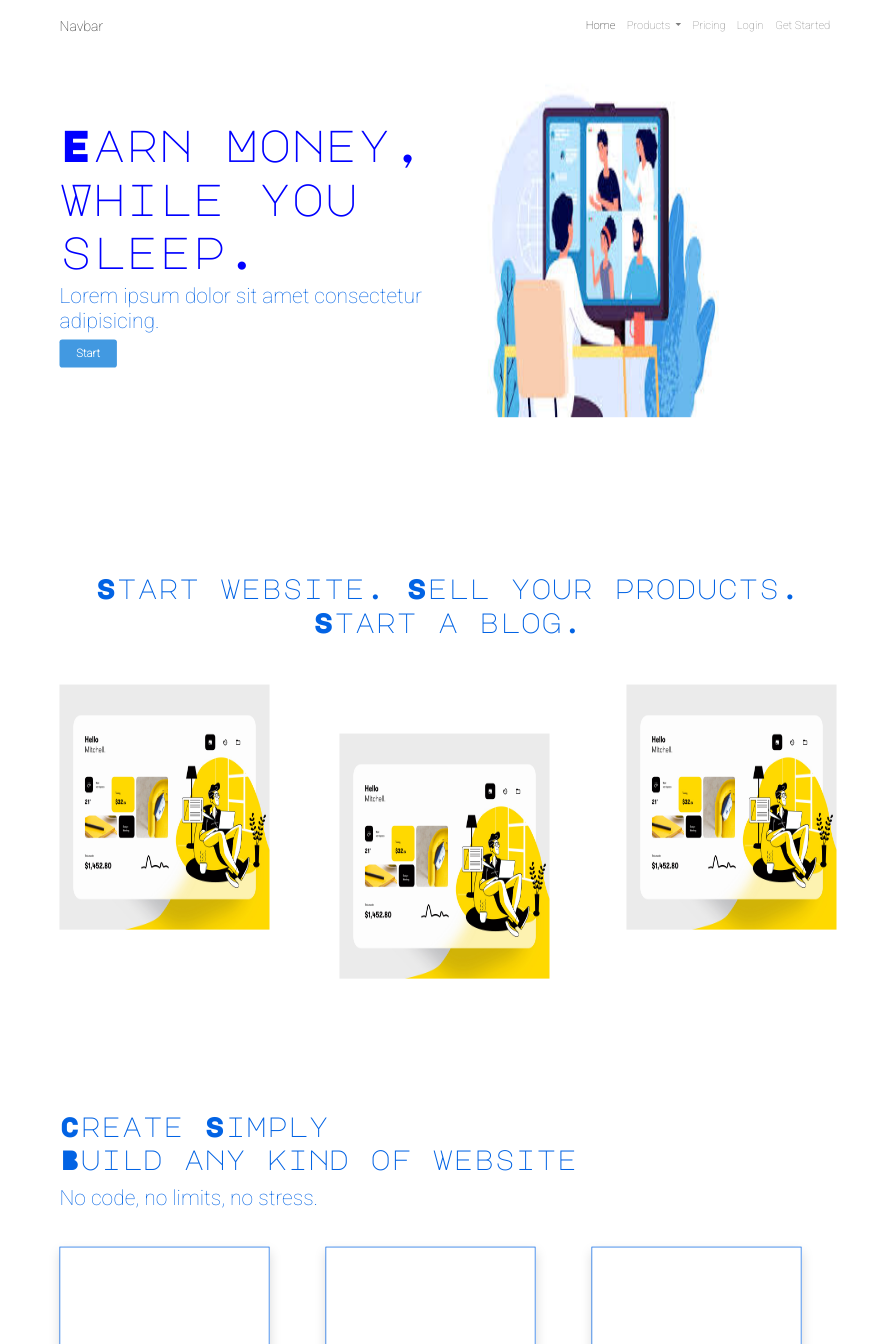
Repository: latenightsnacc/Static-Web-Projects
Page: Dunno Yet/index.html
The author's editor kept a copy of each file at every save. The page is drawn from the files as they stood at one save, then again after the next save.
The browser window is 1280 px wide. The pictures show the part of the page from y = 0 to 1920 px (the page is 4733 px tall), at 70% of full size.
The style sheet was rebuilt from its Sass, Less or Tailwind sources for each picture, by a compiler version that may differ from the author's.

Above is the page before, as saved 2020-11-11 11:46:37.

### Dunno Yet/index.html
<!DOCTYPE html>
<html lang="en">
<head>
    <meta charset="UTF-8">
    <meta name="viewport" content="width=device-width, initial-scale=1.0">
    <!--Tailwind CDN-->
    <link rel="stylesheet" href="https://cdnjs.cloudflare.com/ajax/libs/tailwindcss/1.9.6/base.min.css" integrity="sha512-hEjkvMSM0ql6VJcNK0gTmjt9ar8F2yHeBUbJKtyvQhkkbGMhiJ4+MaiB8XxsthLAHJx5vy2I9dN0un8HiWG2LA==" crossorigin="anonymous" />
    <link rel="stylesheet" href="https://cdnjs.cloudflare.com/ajax/libs/tailwindcss/1.9.6/components.min.css" integrity="sha512-TizAONqhvXjEfRPhptSUkZNVU497PzAnXNGNUoeOjeni4dHpJ+ak+ZsyoGna20LH/yg1PvdufN1VbnVQeVDftg==" crossorigin="anonymous" />
    <link rel="stylesheet" href="https://cdnjs.cloudflare.com/ajax/libs/tailwindcss/1.9.6/tailwind.css" integrity="sha512-HY1FOTeAX9idUBWDhVDrBg8QUHBisKVQ4BCVj1jFo5z76mk87w4Rr5YGP8nBkcGmoMzqYvdeXHMOg/olF45z3g==" crossorigin="anonymous" />
    <link rel="stylesheet" href="https://cdnjs.cloudflare.com/ajax/libs/tailwindcss/1.9.6/utilities.min.css" integrity="sha512-0QJfuLKyYJWGB5hKArJW67xqMLDlR8YaLM/ZuW2mRn4NRwHNsGm7UuREc5Fu7jONHyewPKnGODY0N8G+FQbfxg==" crossorigin="anonymous" />
    <!--Bootstrap CDN-->
    <link rel="stylesheet" href="https://cdn.jsdelivr.net/npm/bootstrap@4.5.3/dist/css/bootstrap.min.css" integrity="sha384-TX8t27EcRE3e/ihU7zmQxVncDAy5uIKz4rEkgIXeMed4M0jlfIDPvg6uqKI2xXr2" crossorigin="anonymous">
    <!--Custom Stylesheet-->
    <link rel="stylesheet" href="styles/stylesheet.css">
    <!-- <link rel="stylesheet" href="styles/loader.css"> -->
    <title>Home</title>
</head>
<body>
        <!--PreLoader-->
<div class="loader_bg">
    <div class="loader"></div>
</div>
    <!--Navbar-->
    <nav class="navbar navbar-expand-lg navbar-light  bg-transparent fixed-top p-3 mb-5 bg-white rounded" id="navbar">
        <div class="container">
            <a class="navbar-brand" href="#">Navbar</a>
            <button class="navbar-toggler" type="button" data-toggle="collapse" data-target="#navbarNavDropdown" aria-controls="navbarNavDropdown" aria-expanded="false" aria-label="Toggle navigation">
              <span class="navbar-toggler-icon"></span>
            </button>
            <div class="collapse navbar-collapse" id="navbarNavDropdown">
              <ul class="navbar-nav ml-auto">
                <li class="nav-item active">
                  <a class="nav-link" href="#">Home</a>
                </li>
                <li class="nav-item dropdown">
                    <a class="nav-link dropdown-toggle" href="#" id="navbarDropdownMenuLink" role="button" data-toggle="dropdown" aria-haspopup="true" aria-expanded="false">
                      Products
                    </a>
                    <div class="dropdown-menu" aria-labelledby="navbarDropdownMenuLink">
                      <a class="dropdown-item" href="#">Blog</a>
                      <a class="dropdown-item" href="#">Website</a>
                      <a class="dropdown-item" href="#">E-commerce</a>
                      <a class="dropdown-item" href="#">Domain</a>
                      <a class="dropdown-item" href="#">Hosting</a>
                    </div>
                  </li>
                <li class="nav-item">
                  <a class="nav-link" href="#">Pricing</a>
                </li>
                <li class="nav-item">
                    <a class="nav-link" href="#">Login</a>
                </li>
                <li class="nav-item">
                    <a class="nav-link btn" href="#">Get Started</a>
                </li>
              </ul>
            </div>
        </nav>
    </div>
    <!-- End of Navbar-->


    <!--Banner-->
    <section class="min-h-screen mt-5" id="banner">
        <div class="container">
            <div class="row pt-5">
                <!--Banner Text-->
                <div class="col-xs-12 col-s-12 col-md-6 col-lg-6 col-xl-6">
                    <div class="text-box banner-txt">
                        <h1 class="">Earn Money, <br/> While you sleep.</h1>
                        <h5 class="span-title">Lorem ipsum dolor sit amet consectetur adipisicing.</h5>
                        <button class="bg-blue-500 hover:bg-blue-700 text-white font-bold py-2 px-4 rounded">Start</button>
                    </div>
                </div>
                <!--Banner Image-->
                <div class="col-xs-12 col-s-12 col-md-6 col-lg-6 col-xl-6">
                    <a href="#">
                        <img class="banner-img" src="assets/video-conferencing.jpeg" alt="banner image"/>
                    </a>
                </div>
            </div>
        </div>
    </section>
    <!--End of Banner-->

    <!--Services-->
    <section class="min-h-screen mt-5 mb-5" id="services">
        <div class="container">
            <div class="absolute-box">
                <div class="title-box text-center mb-5">
                    <h2 class="section-title pb-5">Start <span class="section-title">website. </span><span class="color">Sell your products.</span><br/><span class="color">Start a blog.</span> </h2>
                </div>
                <div class="images">
                    <div class="img-1 ">
                        <a href="#">
                            <img src="assets/Template-1.jpg" alt="Build a website" />
                        </a>
                    </div>
                    <div class="img-2 motion-reduce:animate-bounce">
                        <a href="#">
                            <img src="assets/Template-1.jpg" alt="Build a website" />
                        </a>
                    </div>
                    <div class="img-3">
                        <a href="#">
                            <img src="assets/Template-1.jpg" alt="Build a website" />
                        </a>
                    </div>
                </div>
            </div>
        </div>
    </section>
    <!--End of Services-->

    <!--Templates-->
    <section class="min-h-screen mt-5 mb-5" id="templates">
        <div class="container">
            <div class="title-box mb-5">
                <h2 class="section-title">Create Simply <br/>Build any kind of website </h2>
                <p class="span-title">No code, no limits, no stress.</p>
            </div>
            <div class="row">
                <div class="col-xs-12 col-s-12 col-md-6 col-lg-4 col-xl-4">
                    <div class="clear-box"></div>
                </div>
                <div class="col-xs-12 col-s-12 col-md-6 col-lg-4 col-xl-4">
                    <div class="clear-box"></div>
                </div>
                <div class="col-xs-12 col-s-12 col-md-6 col-lg-4 col-xl-4">
                    <div class="clear-box"></div>
                </div>
                <div class="col-xs-12 col-s-12 col-md-6 col-lg-4 col-xl-4 mt-5">
                    <div class="clear-box"></div>
                </div>
                <div class="col-xs-12 col-s-12 col-md-6 col-lg-4 col-xl-4 mt-5">
                    <div class="clear-box"></div>
                </div>
                <div class="col-xs-12 col-s-12 col-md-6 col-lg-4 col-xl-4 mt-5">
                    <div class="clear-box"></div>
                </div>
            </div>
        </div>
    </section>
    <!--End of Themes-->

    <!--Themes-->
    <section class="min-h-screen mt-5 mb-5" id="themes">
        <div class="container">
            <div class="title-box">
                <h2 class="section-title">Stand Out <span class="text-4xl span-title">with our responsive professionally designed themes.</h2>
            </div>
            <div class="row">
                <div class="col-xs-12 col-s-12 col-md-6 col-lg-6 col-xl-6">
                    <div id="clr1" class="text-center mt-5">
                    </div>
                </div>
                <div class="col-xs-12 col-s-12 col-md-6 col-lg-6 col-xl-6">
                    <div class="row flex-wrap">
                        <div class="col-xs-12 col-s-12 col-md-12 col-lg-12 col-xl-12">
                            <div id="clr2" class="mt-5">

                            </div>
                        </div>
                        <div class="col-xs-12 col-s-12 col-md-12 col-lg-12 col-xl-12">
                            <div id="clr3">

                            </div>
                        </div>
                    </div>
                </div>
            </div>
        </div>
    </section>
    <!--End of Themes-->

    <section class="min-h-screen mt-5 mb-5" id="services">
        <div class="container">
            <div class="title-box mb-5">
                <h2 class="section-title">We've got you covered.</h2>
                <p>Your website is just the beginning.</p>
            </div>
            <div class="row">
                <div class="col-xs-12 col-s-12 col-md-6 col-lg-6 col-xl-6 bg-blue-500">
                    <div class="clear-box mt-5 mb-5">
                        <h3 class="text-center pt-5">Real support from real people.</h3>
                    </div>
                </div>
                <div class="col-xs-12 col-s-12 col-md-6 col-lg-6 col-xl-6 bg-yellow-500">
                    <div class="clear-box mt-5 mb-5">
                        <h3 class="text-center pt-5">Domain to suit your needs.</h3>
                    </div>
                </div>
                <div class="col-xs-12 col-s-12 col-md-6 col-lg-6 col-xl-6 bg-red-500">
                    <div class="clear-box mt-5 mb-5">
                        <h3 class="text-center pt-5">Plans for everyone</h3>
                    </div>
                </div>
                <div class="col-xs-12 col-s-12 col-md-6 col-lg-6 col-xl-6 bg-blue-300">
                    <div class="clear-box mt-5 mb-5">
                        <h3 class="text-center pt-5">Security Security Security</h3>
                    </div>
                </div>
            </div>
        </div>
    </section>
    <section class="min-h-screen" id="pricing">
        <div class="container">
            <div class="title-box mb-5">
                <h2 class="section-title">Start Free </h2>
                <h5> Grow at your own pace.</h5>
            </div>
            <div class="row">
                <div class="col-xs-12 col-s-12 col-md-3 col-lg-3 col-xl-3">
                    <div class="max-w-sm rounded overflow-hidden shadow-lg mb-5">
                        <div class="px-6 py-4">
                          <div class="font-bold text-xl mb-2">The Coldest Sunset</div>
                          <p class="text-gray-700 text-base">
                            Lorem ipsum dolor sit amet, consectetur adipisicing elit. Voluptatibus quia, nulla! Maiores et perferendis eaque, exercitationem praesentium nihil.
                          </p>
                        </div>
                        <div class="px-6 pt-4 pb-2">
                          <span class="inline-block bg-gray-200 rounded-full px-3 py-1 text-sm font-semibold text-gray-700 mr-2 mb-2">#photography</span>
                          <span class="inline-block bg-gray-200 rounded-full px-3 py-1 text-sm font-semibold text-gray-700 mr-2 mb-2">#travel</span>
                          <span class="inline-block bg-gray-200 rounded-full px-3 py-1 text-sm font-semibold text-gray-700 mr-2 mb-2">#winter</span>
                        </div>
                      </div>
                </div>
                <div class="col-xs-12 col-s-12 col-md-3 col-lg-3 col-xl-3">
                    <div class="max-w-sm rounded overflow-hidden shadow-md mb-5">
                        <div class="px-6 py-4">
                          <div class="font-bold text-xl mb-2">The Coldest Sunset</div>
                          <p class="text-gray-700 text-base">
                            Lorem ipsum dolor sit amet, consectetur adipisicing elit. Voluptatibus quia, nulla! Maiores et perferendis eaque, exercitationem praesentium nihil.
                          </p>
                        </div>
                        <div class="px-6 pt-4 pb-2">
                          <span class="inline-block bg-gray-200 rounded-full px-3 py-1 text-sm font-semibold text-gray-700 mr-2 mb-2">#photography</span>
                          <span class="inline-block bg-gray-200 rounded-full px-3 py-1 text-sm font-semibold text-gray-700 mr-2 mb-2">#travel</span>
                          <span class="inline-block bg-gray-200 rounded-full px-3 py-1 text-sm font-semibold text-gray-700 mr-2 mb-2">#winter</span>
                        </div>
                      </div>
                </div>
                <div class="col-xs-12 col-s-12 col-md-3 col-lg-3 col-xl-3">
                    <div class="max-w-sm rounded overflow-hidden shadow-md mb-5">
                        <div class="px-6 py-4">
                          <div class="font-bold text-xl mb-2">The Coldest Sunset</div>
                          <p class="text-gray-700 text-base">
                            Lorem ipsum dolor sit amet, consectetur adipisicing elit. Voluptatibus quia, nulla! Maiores et perferendis eaque, exercitationem praesentium nihil.
                          </p>
                        </div>
                        <div class="px-6 pt-4 pb-2">
                          <span class="inline-block bg-gray-200 rounded-full px-3 py-1 text-sm font-semibold text-gray-700 mr-2 mb-2">#photography</span>
                          <span class="inline-block bg-gray-200 rounded-full px-3 py-1 text-sm font-semibold text-gray-700 mr-2 mb-2">#travel</span>
                          <span class="inline-block bg-gray-200 rounded-full px-3 py-1 text-sm font-semibold text-gray-700 mr-2 mb-2">#winter</span>
                        </div>
                      </div>
                </div>
                <div class="col-xs-12 col-s-12 col-md-3 col-lg-3 col-xl-3">
                    <div class="max-w-sm rounded overflow-hidden shadow-md">
                        <div class="px-6 py-4">
                          <div class="font-bold text-xl mb-2">The Coldest Sunset</div>
                          <p class="text-gray-700 text-base">
                            Lorem ipsum dolor sit amet, consectetur adipisicing elit. Voluptatibus quia, nulla! Maiores et perferendis eaque, exercitationem praesentium nihil.
                          </p>
                        </div>
                        <div class="px-6 pt-4 pb-2">
                          <span class="inline-block bg-gray-200 rounded-full px-3 py-1 text-sm font-semibold text-gray-700 mr-2 mb-2">#photography</span>
                          <span class="inline-block bg-gray-200 rounded-full px-3 py-1 text-sm font-semibold text-gray-700 mr-2 mb-2">#travel</span>
                          <span class="inline-block bg-gray-200 rounded-full px-3 py-1 text-sm font-semibold text-gray-700 mr-2 mb-2">#winter</span>
                        </div>
                      </div>
                </div>
            </div>
        </div>
    </section>
    <!--Footer-->
    <div class="footer">
        <div class="container"></div>
    </div>

    <!--Bootstrap Scripts-->
    <script src="https://code.jquery.com/jquery-3.5.1.slim.min.js" integrity="sha384-DfXdz2htPH0lsSSs5nCTpuj/zy4C+OGpamoFVy38MVBnE+IbbVYUew+OrCXaRkfj" crossorigin="anonymous"></script>
    <script src="https://cdn.jsdelivr.net/npm/popper.js@1.16.1/dist/umd/popper.min.js" integrity="sha384-9/reFTGAW83EW2RDu2S0VKaIzap3H66lZH81PoYlFhbGU+6BZp6G7niu735Sk7lN" crossorigin="anonymous"></script>
    <script src="https://cdn.jsdelivr.net/npm/bootstrap@4.5.3/dist/js/bootstrap.min.js" integrity="sha384-w1Q4orYjBQndcko6MimVbzY0tgp4pWB4lZ7lr30WKz0vr/aWKhXdBNmNb5D92v7s" crossorigin="anonymous"></script>

    <script>
        setTimeout(function(){
            $('.loader_bg').fadeToggle();
        }, 2500);
    </script>
</body>
</html>

### Dunno Yet/styles/stylesheet.scss
@import'variables';

*{
    box-sizing: border-box;
    margin: 0;
    padding: 0;
    text-decoration: none;
    list-style: none;
    font-family: $font3;
    button {
        outline: none;
    }
    a {
        text-decoration: none;
        &:hover {
            text-decoration: none;
        }
    }
}

.banner-txt {
    h1 {
        font-size: 64px;
        color: blue;
        font-family: $font2;
    }

}
img.banner-img {
    width: 400px;
    height: 500px;
}
.text-box {
    display: flex;
    flex-direction: column;
    height: 100%;
    justify-content: center;
    align-items: flex-start;
}
.section-title, span.color {
    font-size: 40px;
    font-family: $font2;
    color: $blue;

}
.span-title {
    font-family: $font3;
    font-size: 30px;
    color: $blue;
}
.absolute-box {
    position: relative;
    .images {
        position: absolute;
        width: 100%;
        height: 100%;

        img {
            width: 300px;
            height: 350px;
        }

        .img-1 {
            position: absolute;
            top: -30px;
            left: 0px;

        }
        .img-2 {
            position: absolute;
            top: 40px;
            left: 400px;

        }
        .img-3 {
            position: absolute;
            top: -30px;
            right: 0px;

        }
    }
}
#clr1 {
    background-color: $blue;
    width: 100%;
    height: 600px;
    border: 1px solid $blue;
    box-shadow: 0 .5rem 1rem rgba(0,0,0,.15)!important;
}
#clr2 {
    background-color: $yellow;
    width: 100%;
    height: 300px;
    border: 1px solid $yellow;
    margin-bottom: 30px;
    box-shadow: 0 .5rem 1rem rgba(0,0,0,.15)!important;
}
#clr3 {
    background-color: $red;
    width: 100%;
    height: 270px;
    border: 1px solid $red;
    box-shadow: 0 .5rem 1rem rgba(0,0,0,.15)!important;
}
.clear-box {
    width: 300px;
    height: 250px;
    border: 1px solid $blue;
    box-shadow: 0 .5rem 1rem rgba(0,0,0,.15)!important;
}

### Dunno Yet/styles/_variables.scss
@import url('https://fonts.googleapis.com/css2?family=Chewy&display=swap');
@import url('https://fonts.googleapis.com/css2?family=Major+Mono+Display&display=swap');
@import url('https://fonts.googleapis.com/css2?family=Roboto:wght@100&display=swap');
$font: -apple-system, BlinkMacSystemFont, 'Segoe UI', Roboto, Oxygen, Ubuntu, Cantarell, 'Open Sans', 'Helvetica Neue', sans-serif;
$FONT1: 'Chewy', cursive;
$font2: 'Major Mono Display', monospace;
$font3: 'Roboto', sans-serif;
$primary: #fff;
$darkB: #02081d;
$lightB: #cce1ea;
$blue: #0263e4;
$red: #ca1b11;
$yellow : yellow;
$dB: #081a5a;

After the next save:
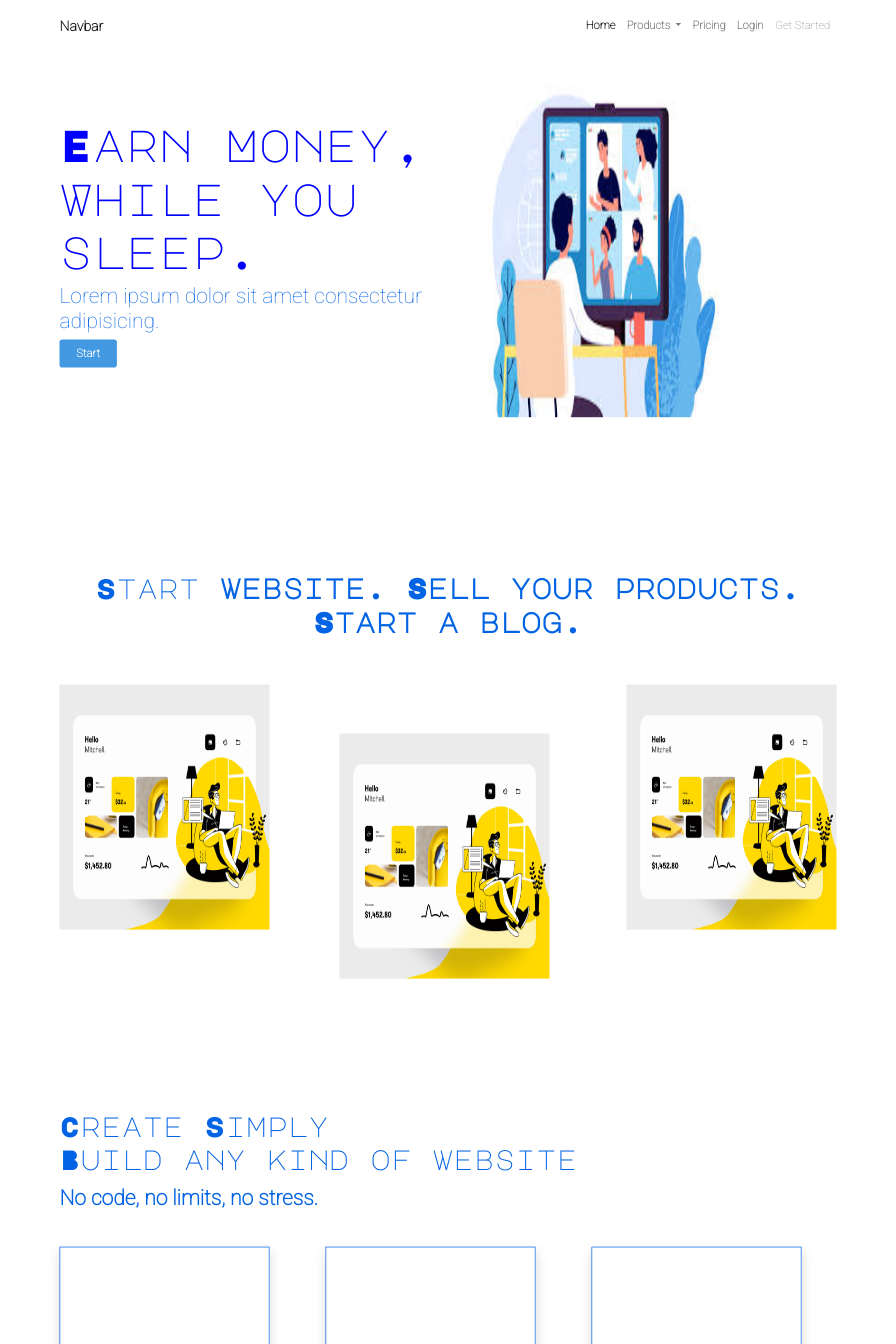
Saved 14 s later.
--- a/Dunno Yet/styles/stylesheet.scss
+++ b/Dunno Yet/styles/stylesheet.scss
@@ -7,6 +7,7 @@
     text-decoration: none;
     list-style: none;
     font-family: $font3;
+    font-weight: 600;
     button {
         outline: none;
     }
